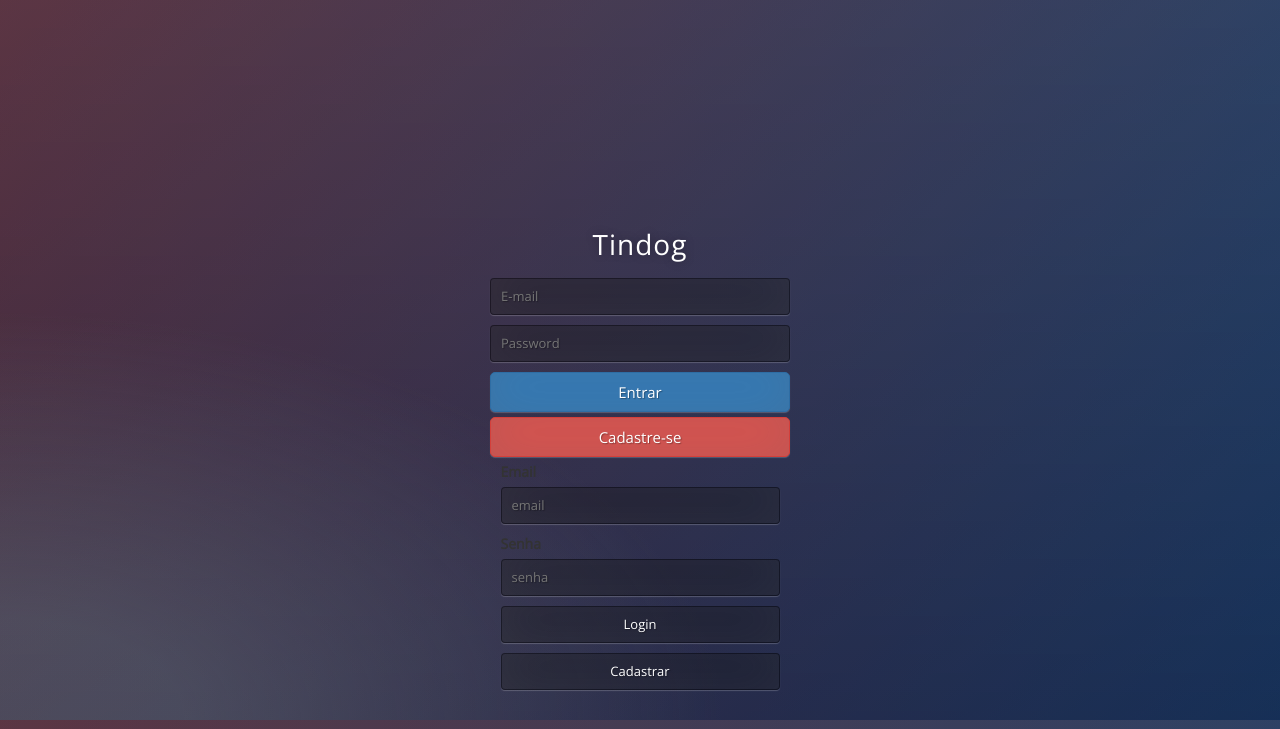
Repository: moises2112/Projetos
Page: http://localhost/Dog/LoginController.do?action=logar
An editor plug-in stored every save of this project. The page is shown before and after the next save, followed by the edit.
The browser window is 1280 px wide. The pictures show the whole page.
Some web libraries are served in a nearby version. The page is served by Tomcat 9. Other server files are loaded and not shown.

Above is the page before, as saved 2017-06-10 21:49:25.

### Dog/WebContent/login.jsp

<%@ page language="java" contentType="text/html; charset=ISO-8859-1"
	pageEncoding="ISO-8859-1"%>
<%@ taglib uri="http://java.sun.com/jsp/jstl/core" prefix="c"%>
<!DOCTYPE HTML>
<html>
<head>
<meta charset="UTF-8">
<meta http-equiv="Content-Type" content="text/html; charset=ISO-8859-1">

<title>Bem vindo ao Tindog</title>
<link rel="stylesheet" type="text/css" href="css\bootstrap.css">

<link rel="stylesheet"
	href="https://cdnjs.cloudflare.com/ajax/libs/normalize/5.0.0/normalize.min.css">


<style>
/* NOTE: The styles were added inline because Prefixfree needs access to your styles and they must be inlined if they are on local disk! */
@import url(https://fonts.googleapis.com/css?family=Open+Sans);

.btn-large {
	padding: 9px 14px;
	font-size: 15px;
	line-height: normal;
	-webkit-border-radius: 5px;
	-moz-border-radius: 5px;
	border-radius: 5px;
}

.btn-block {
	width: 100%;
	display: block;
}

* {
	-webkit-box-sizing: border-box;
	-moz-box-sizing: border-box;
	-ms-box-sizing: border-box;
	-o-box-sizing: border-box;
	box-sizing: border-box;
}

html {
	width: 100%;
	height: 100%;
	overflow: hidden;
}

body {
	width: 100%;
	height: 100%;
	font-family: 'Open Sans', sans-serif;
	background: #092756;
	background: -moz-radial-gradient(0% 100%, ellipse cover, rgba(104, 128, 138, .4)
		10%, rgba(138, 114, 76, 0) 40%),
		-moz-linear-gradient(top, rgba(57, 173, 219, .25) 0%,
		rgba(42, 60, 87, .4) 100%),
		-moz-linear-gradient(-45deg, #670d10 0%, #092756 100%);
	background: -webkit-radial-gradient(0% 100%, ellipse cover, rgba(104, 128, 138, .4)
		10%, rgba(138, 114, 76, 0) 40%),
		-webkit-linear-gradient(top, rgba(57, 173, 219, .25) 0%,
		rgba(42, 60, 87, .4) 100%),
		-webkit-linear-gradient(-45deg, #670d10 0%, #092756 100%);
	background: -o-radial-gradient(0% 100%, ellipse cover, rgba(104, 128, 138, .4)
		10%, rgba(138, 114, 76, 0) 40%),
		-o-linear-gradient(top, rgba(57, 173, 219, .25) 0%,
		rgba(42, 60, 87, .4) 100%),
		-o-linear-gradient(-45deg, #670d10 0%, #092756 100%);
	background: -ms-radial-gradient(0% 100%, ellipse cover, rgba(104, 128, 138, .4)
		10%, rgba(138, 114, 76, 0) 40%),
		-ms-linear-gradient(top, rgba(57, 173, 219, .25) 0%,
		rgba(42, 60, 87, .4) 100%),
		-ms-linear-gradient(-45deg, #670d10 0%, #092756 100%);
	background: -webkit-radial-gradient(0% 100%, ellipse cover, rgba(104, 128, 138, .4)
		10%, rgba(138, 114, 76, 0) 40%),
		linear-gradient(to bottom, rgba(57, 173, 219, .25) 0%,
		rgba(42, 60, 87, .4) 100%),
		linear-gradient(135deg, #670d10 0%, #092756 100%);
	filter: progid:DXImageTransform.Microsoft.gradient( startColorstr='#3E1D6D',
		endColorstr='#092756', GradientType=1);
}

.login {
	position: absolute;
	top: 50%;
	left: 50%;
	margin: -150px 0 0 -150px;
	width: 300px;
	height: 300px;
}

.login h1 {
	color: #fff;
	text-shadow: 0 0 10px rgba(0, 0, 0, 0.3);
	letter-spacing: 1px;
	text-align: center;
}

input {
	width: 100%;
	margin-bottom: 10px;
	background: rgba(0, 0, 0, 0.3);
	border: none;
	outline: none;
	padding: 10px;
	font-size: 13px;
	color: #fff;
	text-shadow: 1px 1px 1px rgba(0, 0, 0, 0.3);
	border: 1px solid rgba(0, 0, 0, 0.3);
	border-radius: 4px;
	box-shadow: inset 0 -5px 45px rgba(100, 100, 100, 0.2), 0 1px 1px
		rgba(255, 255, 255, 0.2);
	-webkit-transition: box-shadow .5s ease;
	-moz-transition: box-shadow .5s ease;
	-o-transition: box-shadow .5s ease;
	-ms-transition: box-shadow .5s ease;
	transition: box-shadow .5s ease;
}

input:focus {
	box-shadow: inset 0 -5px 45px rgba(100, 100, 100, 0.4), 0 1px 1px
		rgba(255, 255, 255, 0.2);
}
</style>

<script
	src="https://cdnjs.cloudflare.com/ajax/libs/prefixfree/1.0.7/prefixfree.min.js"></script>

</head>
<body>
	<div class="login">
		<h1>Tindog</h1>
		<form action="LoginController.do?action=logar" method="post"
			method="post">
			<input type="text" name="email" placeholder="E-mail"
				required="required" /> <input type="password" name="password"
				placeholder="Password" required="required" /> <input type="submit"
				value='Entrar' class="btn btn-primary btn-block btn-large">
			<input type="button" value='Cadastre-se'
				class="btn btn-danger btn-block btn-large"
				onClick="window.location.href='./cadastrar.jsp'">
		</form>
		<form action="LoginController.do?action=logar" method="post">

			<fieldset>
				<div>
					<label for="email">Email</label> <input type="text" name="email"
						placeholder="email" />
				</div>
				<div>
					<label for="senha">Senha</label> <input type="password"
						name="senha" placeholder="senha" />
				</div>
				<div>
					<input type="submit" value="Login" /> <input type="button"
						value="Cadastrar" onClick="window.location.href='./cadastrar.jsp'" />

				</div>

			</fieldset>
		</form>

		<label><c:out value="${erroAoLogar}" /></label>
</body>
</html>

### Dog/src/br/com/dog/controller/LoginController.java
package br.com.dog.controller;

import java.io.IOException;

import java.sql.SQLException;

import javax.servlet.RequestDispatcher;
import javax.servlet.ServletConfig;
import javax.servlet.ServletException;
import javax.servlet.annotation.WebServlet;
import javax.servlet.http.HttpServlet;
import javax.servlet.http.HttpServletRequest;
import javax.servlet.http.HttpServletResponse;
import javax.servlet.http.HttpSession;
import br.com.dog.controller.util.NavegacaoUtil;
import br.com.dog.model.dao.CachorroDAO;
import br.com.dog.model.dao.UsuarioDAO;
import br.com.dog.model.dao.impl.jdbc.CachorroDao;
import br.com.dog.model.dao.impl.jdbc.UsuarioDao;
import br.com.dog.model.entity.Usuario;

/**
 * Servlet implementation class LoginController
 */
@WebServlet("/LoginController.do")
public class LoginController extends HttpServlet {
	private static final long serialVersionUID = 1L;

	/**
	 * Default constructor.
	 */

	/**
	 * @see HttpServlet#doGet(HttpServletRequest request, HttpServletResponse
	 *      response)
	 */
	protected void doGet(HttpServletRequest request, HttpServletResponse response)
			throws ServletException, IOException {

		RequestDispatcher view = request.getRequestDispatcher(NavegacaoUtil.LOGIN);
		view.forward(request, response);
	}

	/**
	 * @see HttpServlet#doPost(HttpServletRequest request, HttpServletResponse
	 *      response)
	 */
	protected void doPost(HttpServletRequest request, HttpServletResponse response)
			throws ServletException, IOException {
		String action = request.getParameter("action");
		RequestDispatcher view = null;
		if (action.equalsIgnoreCase("logar")) {
			UsuarioDAO userDAO = new UsuarioDao();

			String senhaDaTela = request.getParameter("senha");
			String emailDaTela = request.getParameter("email");

			Usuario usuario = null;

			try {
				// erro esta na linha abaixo
				usuario = userDAO.buscarLoginSenha(senhaDaTela, emailDaTela);

			} catch (SQLException e) {
				// TODO Auto-generated catch block
				e.printStackTrace();
			}

			if (usuario != null) {
				view = request.getRequestDispatcher(NavegacaoUtil.HOME);

				request.setAttribute("usuarioLogado", usuario);

				CachorroDAO dogDAO = new CachorroDao();
				try {
					request.setAttribute("myDogs", dogDAO.buscaPorUsuario(usuario));
				} catch (SQLException e) {
					// TODO Auto-generated catch block
					e.printStackTrace();
				}
				// HttpSession session = request.getSession();
				// session.setAttribute("usuario", usuario);
			} else {
				view = request.getRequestDispatcher(NavegacaoUtil.LOGIN);
				request.setAttribute("erroAoLogar", "Usuario ou senha inválido");
			}
		} else if (action.equalsIgnoreCase("logout")) {
			view = request.getRequestDispatcher(NavegacaoUtil.LOGIN);
			request.removeAttribute("usuarioLogado");
		}
		view.forward(request, response);
	}
}

Loaded but not shown: Dog/WebContent/css/bootstrap.css (library)

After the next save:
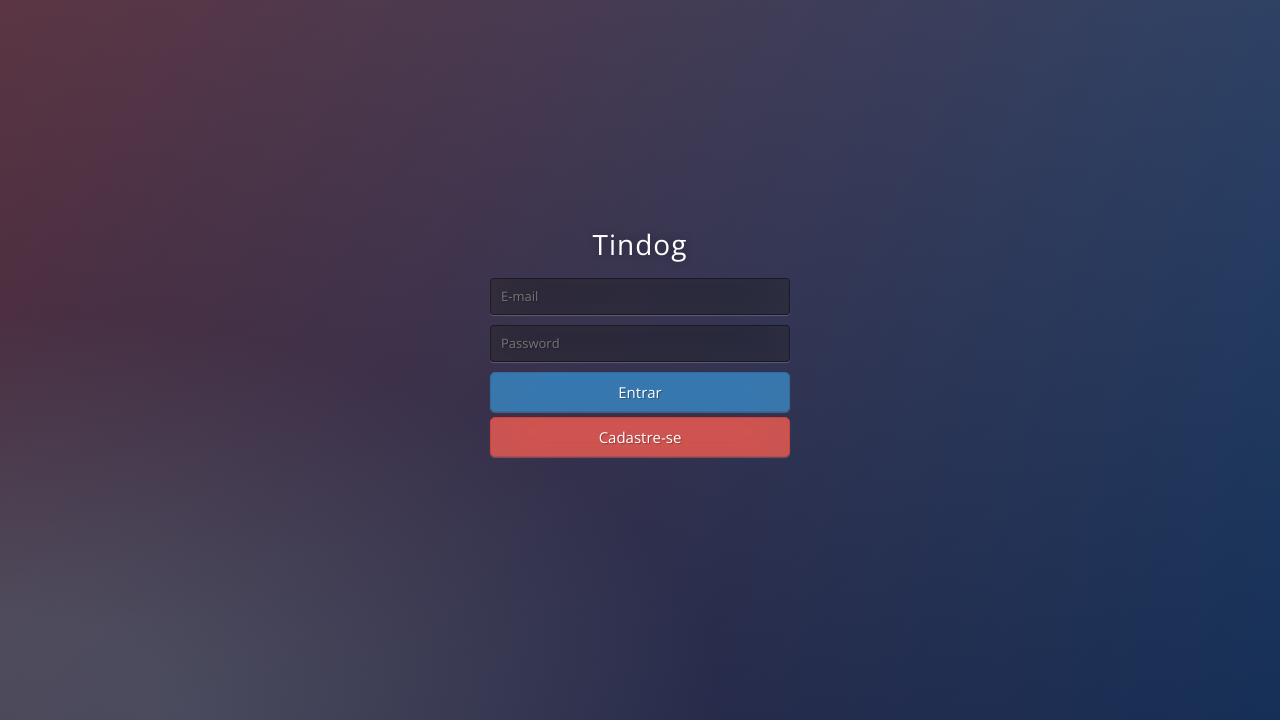
Saved 45 s later.
--- a/Dog/WebContent/login.jsp
+++ b/Dog/WebContent/login.jsp
@@ -141,25 +141,25 @@ input:focus {
 				class="btn btn-danger btn-block btn-large"
 				onClick="window.location.href='./cadastrar.jsp'">
 		</form>
-		<form action="LoginController.do?action=logar" method="post">
+		<!-- 		<form action="LoginController.do?action=logar" method="post"> -->
 
-			<fieldset>
-				<div>
-					<label for="email">Email</label> <input type="text" name="email"
-						placeholder="email" />
-				</div>
-				<div>
-					<label for="senha">Senha</label> <input type="password"
-						name="senha" placeholder="senha" />
-				</div>
-				<div>
-					<input type="submit" value="Login" /> <input type="button"
-						value="Cadastrar" onClick="window.location.href='./cadastrar.jsp'" />
+		<!-- 			<fieldset> -->
+		<!-- 				<div> -->
+		<!-- 					<label for="email">Email</label> <input type="text" name="email" -->
+		<!-- 						placeholder="email" /> -->
+		<!-- 				</div> -->
+		<!-- 				<div> -->
+		<!-- 					<label for="senha">Senha</label> <input type="password" -->
+		<!-- 						name="senha" placeholder="senha" /> -->
+		<!-- 				</div> -->
+		<!-- 				<div> -->
+		<!-- 					<input type="submit" value="Login" /> <input type="button" -->
+		<!-- 						value="Cadastrar" onClick="window.location.href='./cadastrar.jsp'" /> -->
 
-				</div>
+		<!-- 				</div> -->
 
-			</fieldset>
-		</form>
+		<!-- 			</fieldset> -->
+		<!-- 		</form> -->
 
 		<label><c:out value="${erroAoLogar}" /></label>
 </body>
